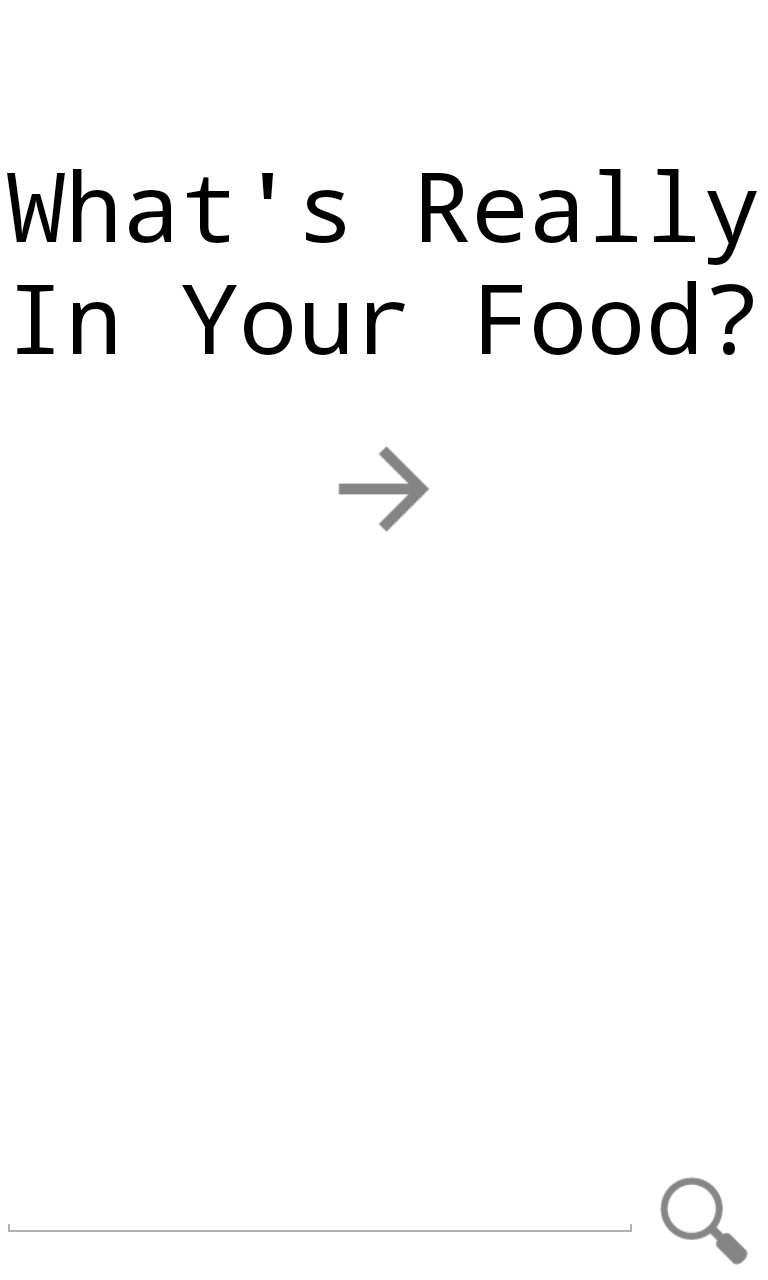
Repository: sehmon/workspace-eclipse
Layout: WhatAmIEating/res/layout/activity_scan.xml
An editor plug-in stored every save of this project. The layout is shown before and after the next save, followed by the edit.
It is drawn on a 768 x 1280 px phone screen (xhdpi) without system bars, with theme android:Theme.Holo.Light.NoActionBar.Fullscreen; the app's code is not run. The app's manifest (not shown) leaves right-to-left support off. So textAlignment, textDirection and layoutDirection are ignored, and left and right values win over start and end ones.

Above is the layout before, as saved 2014-04-13 16:02:16.

After the next save:
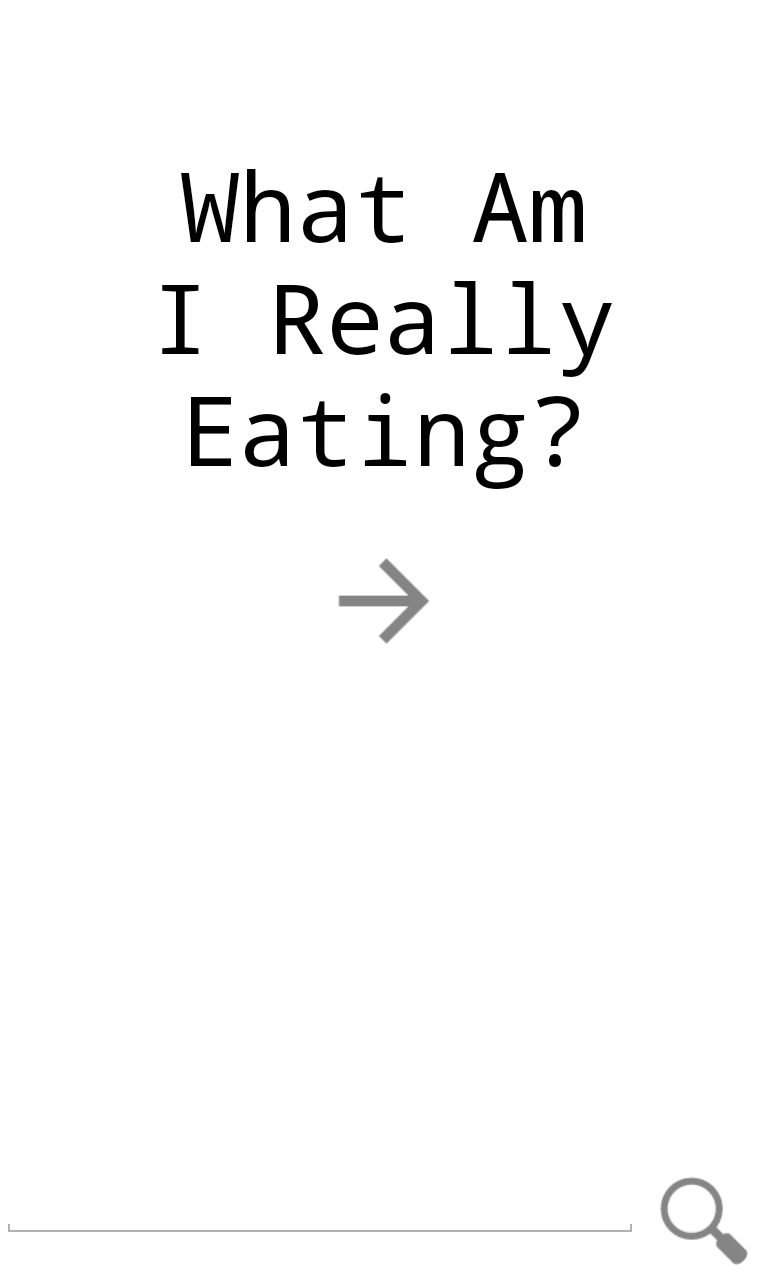
Saved 75 s later.
--- a/WhatAmIEating/res/layout/activity_scan.xml
+++ b/WhatAmIEating/res/layout/activity_scan.xml
@@ -31,7 +31,7 @@
         android:layout_alignParentTop="true"
         android:layout_marginTop="70dp"
         android:gravity="center_horizontal"
-        android:text="What&apos;s Really In Your Food?"
+        android:text="What Am I Really Eating?"
         android:textAlignment="center"
         android:textAppearance="?android:attr/textAppearanceLarge"
         android:textSize="48sp"
